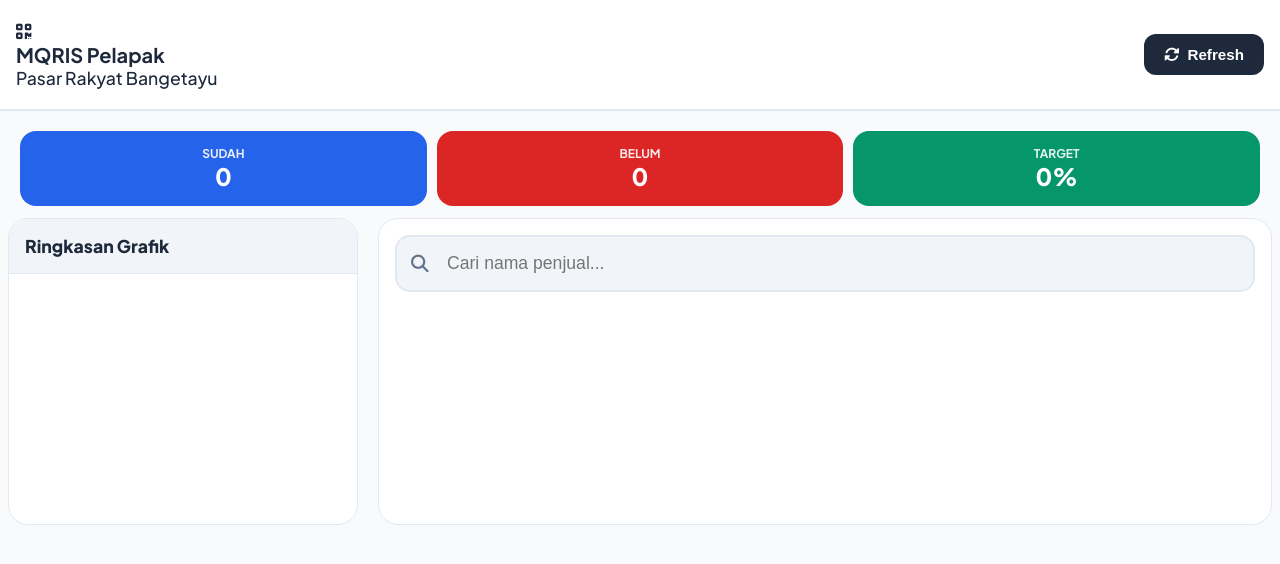
Repository: pasarrakyatbak/monitoringqrispelapak
Page: qris.html
An editor plug-in stored every save of this project. The page is shown before and after the next save, followed by the edit.
The browser window is 1280 px wide. The pictures show the whole page.
The page's requests for data from a server got no answer.

Above is the page before, as saved 2026-01-06 19:37:51.

### qris.html
<!DOCTYPE html>
<html lang="id">

<head>
    <meta charset="UTF-8">
    <meta name="viewport" content="width=device-width, initial-scale=1.0, maximum-scale=1.0">
    <title>Monitoring QRIS - Pelapak</title>
    <link href="https://fonts.googleapis.com/css2?family=Plus+Jakarta+Sans:wght@500;700;800&display=swap"
        rel="stylesheet">
    <link rel="stylesheet" href="https://cdnjs.cloudflare.com/ajax/libs/font-awesome/6.4.0/css/all.min.css">
    <link rel="stylesheet" href="qris.css">
    <script src="https://cdn.jsdelivr.net/npm/chart.js"></script>
</head>

<body>

    <div id="loading-overlay" class="overlay">
        <div class="loader-box">
            <i class="fas fa-circle-notch fa-spin"></i>
            <p>Memuat Data...</p>
        </div>
    </div>

    <div class="app-shell">
        <header class="top-nav">
            <div class="brand">
                <i class="fas fa-qrcode"></i>
                <div>
                    <h1>MQRIS Pelapak</h1>
                    <p>Pasar Rakyat Bangetayu</p>
                </div>
            </div>
            <button class="refresh-btn" onclick="refreshData()" title="Segarkan Data">
                <i class="fas fa-sync-alt"></i> <span>Refresh</span>
            </button>
        </header>

        <main class="main-content">
            <div class="stat-grid">
                <div class="s-card blue">
                    <p>SUDAH</p>
                    <h3 id="jmlSudah">0</h3>
                </div>
                <div class="s-card rose">
                    <p>BELUM</p>
                    <h3 id="jmlBelum">0</h3>
                </div>
                <div class="s-card emerald">
                    <p>TARGET</p>
                    <h3 id="persenQRIS">0%</h3>
                </div>
            </div>

            <div class="dashboard-layout">
                <section class="panel chart-panel">
                    <div class="panel-header">Ringkasan Grafik</div>
                    <div class="chart-container">
                        <canvas id="chartQRIS"></canvas>
                    </div>
                </section>

                <section class="panel list-panel">
                    <div class="search-bar">
                        <div class="input-group">
                            <i class="fas fa-search"></i>
                            <input type="text" id="searchLapak" placeholder="Cari nama penjual..."
                                onkeyup="filterLapak()">
                        </div>
                    </div>

                    <div id="data-container">
                        <div id="listPelapak" class="list-pelapak"></div>
                    </div>
                </section>
            </div>
        </main>
    </div>

    <div id="toast" class="toast">Data Berhasil Disimpan!</div>

    <script src="qris.js"></script>
</body>

</html>

### qris.css
:root {
    --primary: #2563eb;
    --emerald: #059669;
    --rose: #dc2626;
    --slate-800: #1e293b;
    --white: #ffffff;
    /* Ukuran teks proporsional untuk orang tua */
    --text-xl: 1.5rem;
    /* 24px */
    --text-lg: 1.25rem;
    /* 20px */
    --text-base: 1.1rem;
    /* 18px - Standar teks orang tua */
    --text-sm: 0.95rem;
    /* 15px */
}

* {
    margin: 0;
    padding: 0;
    box-sizing: border-box;
}

body {
    font-family: 'Plus Jakarta Sans', sans-serif;
    background: #f8fafc;
    color: var(--slate-800);
    font-size: var(--text-base);
    /* Default teks besar */
}

/* Loading Overlay Full Screen */
.overlay {
    position: fixed;
    top: 0;
    left: 0;
    width: 100%;
    height: 100%;
    background: rgba(255, 255, 255, 0.9);
    display: flex;
    justify-content: center;
    align-items: center;
    z-index: 9999;
}

.loader-box {
    text-align: center;
    color: var(--primary);
}

.loader-box i {
    font-size: 3rem;
    margin-bottom: 15px;
}

.loader-box p {
    font-weight: 700;
    font-size: var(--text-lg);
}

/* Header & Refresh */
.top-nav {
    display: flex;
    justify-content: space-between;
    align-items: center;
    padding: 20px 16px;
    background: var(--white);
    border-bottom: 2px solid #e2e8f0;
    top: 0;
    z-index: 100;
}

.brand h1 {
    font-size: var(--text-lg);
}

.refresh-btn {
    padding: 12px 20px;
    border-radius: 12px;
    border: none;
    background: var(--slate-800);
    color: white;
    font-weight: 700;
    font-size: var(--text-sm);
    cursor: pointer;
    display: flex;
    align-items: center;
    gap: 8px;
}

/* Stats */
.stat-grid {
    display: grid;
    grid-template-columns: repeat(3, 1fr);
    gap: 10px;
    padding: 12px;
}

.s-card {
    padding: 15px 5px;
    border-radius: 16px;
    text-align: center;
    color: white;
}

.s-card.blue {
    background: #2563eb;
}

.s-card.rose {
    background: #dc2626;
}

.s-card.emerald {
    background: #059669;
}

.s-card h3 {
    font-size: var(--text-xl);
    font-weight: 800;
}

.s-card p {
    font-size: 0.75rem;
    font-weight: 700;
    opacity: 0.9;
}

/* Dashboard Layout */
.main-content {
    padding: 8px;
}

.panel {
    background: white;
    border-radius: 20px;
    border: 1px solid #e2e8f0;
    margin-bottom: 16px;
    overflow: hidden;
}

.panel-header {
    padding: 16px;
    font-weight: 800;
    border-bottom: 1px solid #e2e8f0;
    background: #f1f5f9;
}

/* Card Style for List (Pengganti Table agar tidak geser kanan-kiri) */
.list-pelapak {
    display: flex;
    flex-direction: column;
    gap: 12px;
    padding: 12px;
}

.pelapak-item {
    background: #fff;
    border: 2px solid #f1f5f9;
    padding: 20px;
    border-radius: 18px;
    box-shadow: 0 4px 6px -1px rgba(0, 0, 0, 0.05);
}

.p-name {
    font-size: var(--text-lg);
    font-weight: 700;
    margin-bottom: 15px;
    color: var(--primary);
    display: block;
}

/* Input & Select Besar */
.label-hint {
    display: block;
    font-size: 0.85rem;
    color: #64748b;
    margin-bottom: 6px;
    font-weight: 700;
}

.input-big {
    width: 100%;
    padding: 14px;
    border-radius: 12px;
    border: 2px solid #cbd5e1;
    font-size: var(--text-base);
    margin-bottom: 16px;
    outline: none;
}

.input-big:focus {
    border-color: var(--primary);
}

.btn-simpan {
    width: 100%;
    padding: 16px;
    border-radius: 12px;
    background: var(--primary);
    color: white;
    border: none;
    font-size: var(--text-base);
    font-weight: 800;
    cursor: pointer;
    box-shadow: 0 4px 0 #1e40af;
    /* Efek 3D agar jelas itu tombol */
}

.btn-simpan:active {
    transform: translateY(2px);
    box-shadow: none;
}

.btn-simpan:disabled {
    background: #94a3b8;
    box-shadow: none;
}

/* Search Bar Besar */
.search-bar {
    padding: 16px;
}

.input-group {
    position: relative;
}

.input-group i {
    position: absolute;
    left: 16px;
    top: 50%;
    transform: translateY(-50%);
    color: #64748b;
}

.input-group input {
    width: 100%;
    padding: 16px 16px 16px 50px;
    border-radius: 15px;
    border: 2px solid #e2e8f0;
    font-size: var(--text-base);
    background: #f1f5f9;
}

/* Toast */
.toast {
    position: fixed;
    bottom: 30px;
    left: 50%;
    transform: translateX(-50%);
    background: #1e293b;
    color: white;
    padding: 15px 30px;
    border-radius: 50px;
    font-weight: 700;
    display: none;
    z-index: 10000;
}

/* Grafik Height */
.chart-container {
    height: 250px;
    padding: 16px;
}

@media (min-width: 800px) {
    .dashboard-layout {
        display: grid;
        grid-template-columns: 350px 1fr;
        gap: 20px;
    }

    .list-pelapak {
        display: grid;
        grid-template-columns: 1fr 1fr;
        gap: 16px;
    }
}

### qris.js
const API_URL = "https://script.google.com/macros/s/AKfycby4z2qZ24SrJkcyGpybH29lSUC_3_z1LG-7wSmTzpaOEXrwjXf0Cl3hqkg95qAxPj1-/exec";

let masterData = [];
let chartInstance;

// Fungsi Menampilkan/Sembunyikan Loading Utama
function toggleLoader(show) {
    document.getElementById("loading-overlay").style.display = show ? "flex" : "none";
}

async function init() {
    toggleLoader(true);
    try {
        await Promise.all([fetchData(), fetchStats()]);
    } catch (e) {
        alert("Gagal memuat data. Periksa koneksi internet.");
    } finally {
        toggleLoader(false);
    }
}

async function refreshData() {
    await init();
}

async function fetchData() {
    const res = await fetch(`${API_URL}?action=listQRIS`);
    const json = await res.json();
    masterData = json.data;
    renderData(masterData);
}

async function fetchStats() {
    const res = await fetch(`${API_URL}?action=statistikQRIS`);
    const d = await res.json();

    document.getElementById("jmlSudah").innerText = d.sudah;
    document.getElementById("jmlBelum").innerText = d.belum;
    const p = Math.round((d.sudah / d.totalPelapak) * 100) || 0;
    document.getElementById("persenQRIS").innerText = p + "%";

    drawChart(d.sudah, d.belum);
}

// Render data menggunakan format KARTU (bukan tabel) agar tidak geser kanan kiri
function renderData(data) {
    const container = document.getElementById("listPelapak");
    if (data.length === 0) {
        container.innerHTML = `<p style="text-align:center; padding:20px;">Nama tidak ditemukan...</p>`;
        return;
    }

    container.innerHTML = data.map(d => `
        <div class="pelapak-item">
            <span class="p-name">${d.no}. ${d.nama}</span>

            <label class="label-hint">Nomor Lapak:</label>
            <input type="text" class="input-big" id="lapak-${d.no}" value="${d.nomorLapak || ''}" placeholder="Contoh: A-01">

            <label class="label-hint">Status Pengambilan QRIS:</label>
            <select class="input-big" id="status-${d.no}">
                <option value="Belum" ${d.statusQRIS === 'Belum' ? 'selected' : ''}>❌ BELUM AMBIL QRIS</option>
                <option value="Sudah" ${d.statusQRIS === 'Sudah' ? 'selected' : ''}>✅ SUDAH AMBIL QRIS</option>
            </select>

            <button class="btn-simpan" id="btn-${d.no}" onclick="updateData(${d.no})">
                <i class="fas fa-save"></i> SIMPAN PERUBAHAN
            </button>
        </div>
    `).join('');
}

async function updateData(no) {
    const btn = document.getElementById(`btn-${no}`);
    const lp = document.getElementById(`lapak-${no}`).value;
    const st = document.getElementById(`status-${no}`).value;

    // Loading pada tombol
    const originalText = btn.innerHTML;
    btn.disabled = true;
    btn.innerHTML = `<i class="fas fa-spinner fa-spin"></i> MENYIMPAN...`;

    try {
        await fetch(`${API_URL}?action=updateQRISPelapak&no=${no}&nomorLapak=${encodeURIComponent(lp)}&statusQRIS=${st}`, { method: "POST" });
        showToast();
        await Promise.all([fetchData(), fetchStats()]); // Refresh data tanpa overlay full
    } catch (e) {
        alert("Gagal menyimpan data.");
    } finally {
        btn.disabled = false;
        btn.innerHTML = originalText;
    }
}

function drawChart(s, b) {
    const ctx = document.getElementById("chartQRIS");
    if (chartInstance) chartInstance.destroy();

    chartInstance = new Chart(ctx, {
        type: 'doughnut',
        data: {
            labels: ['Sudah', 'Belum'],
            datasets: [{
                data: [s, b],
                backgroundColor: ['#2563eb', '#f43f5e'],
                borderWidth: 0
            }]
        },
        options: {
            maintainAspectRatio: false,
            plugins: {
                legend: {
                    position: 'bottom',
                    labels: { font: { size: 14, weight: 'bold', family: 'Plus Jakarta Sans' }, padding: 20 }
                }
            }
        }
    });
}

function filterLapak() {
    const val = document.getElementById("searchLapak").value.toLowerCase();
    const filtered = masterData.filter(x => x.nama.toLowerCase().includes(val));
    renderData(filtered);
}

function showToast() {
    const t = document.getElementById("toast");
    t.style.display = "block";
    setTimeout(() => t.style.display = "none", 3000);
}

document.addEventListener("DOMContentLoaded", init);

After the next save:
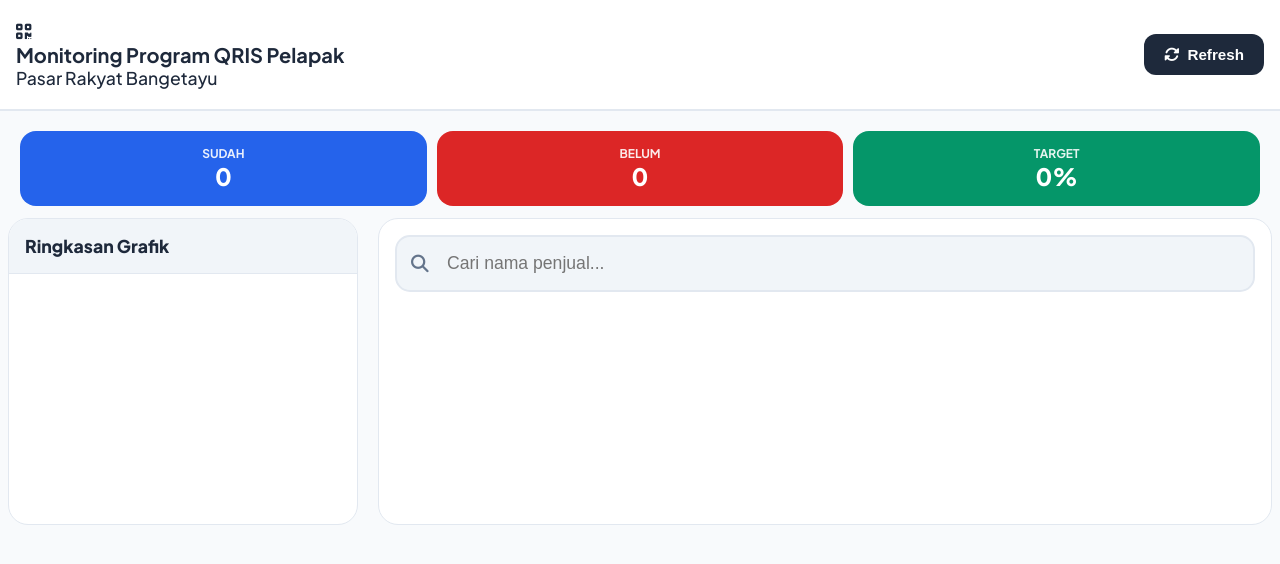
Saved 8 s later.
--- a/qris.html
+++ b/qris.html
@@ -26,7 +26,7 @@
             <div class="brand">
                 <i class="fas fa-qrcode"></i>
                 <div>
-                    <h1>MQRIS Pelapak</h1>
+                    <h1>Monitoring Program QRIS Pelapak</h1>
                     <p>Pasar Rakyat Bangetayu</p>
                 </div>
             </div>
